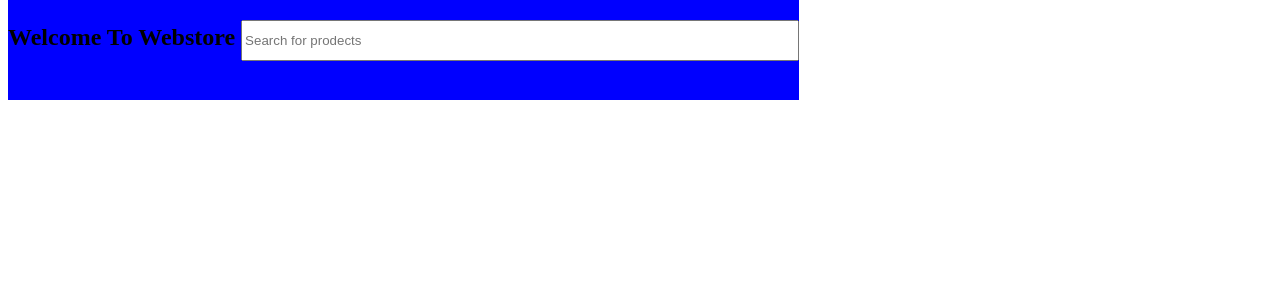
Repository: sourogithub/Final-yr-project-using-j2ee
Page: http://localhost/Webstore/JSP Pages/Front.jsp
These files come from the project's save history. The page is drawn as it stood at one moment and after a run of saves; the edit follows.
The browser window is 1280 px wide. The pictures show the whole page.
The page is served by Tomcat 9.

Above is the page before, as saved 2017-04-11 08:17:31.

After the next 2 saves:
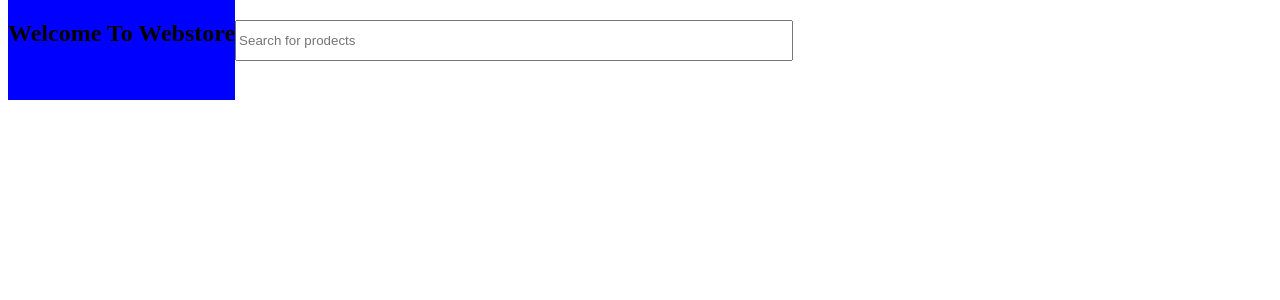
The 2 saves are shown as one change because 1 did not build or start.
The last was saved 2 min 3 s later.
--- a/Webstore/WebContent/JSP Pages/Front.jsp
+++ b/Webstore/WebContent/JSP Pages/Front.jsp
@@ -9,7 +9,7 @@
 <body>
 <div id="top"  style="background:blue; height:100px;position:absolute;top:0px">
 <h2 >Welcome To Webstore
-<input type="text" placeholder="Search for prodects" required style=" border-width:2;width:550px;height:35px"></h2>
+<input type="text" placeholder="Search for prodects" required style=" position:absolute;border-width:2;width:550px;height:35px"></h2>
 </div>
 </body>
 </html>

After the save that followed:
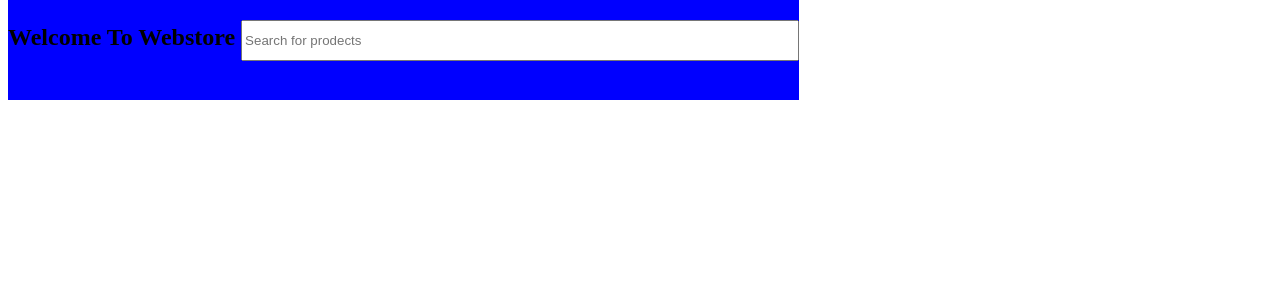
Saved 10 s later.
--- a/Webstore/WebContent/JSP Pages/Front.jsp
+++ b/Webstore/WebContent/JSP Pages/Front.jsp
@@ -9,7 +9,7 @@
 <body>
 <div id="top"  style="background:blue; height:100px;position:absolute;top:0px">
 <h2 >Welcome To Webstore
-<input type="text" placeholder="Search for prodects" required style=" position:absolute;border-width:2;width:550px;height:35px"></h2>
+<input type="text" placeholder="Search for prodects" required style="border-width:2;width:550px;height:35px"></h2>
 </div>
 </body>
 </html>
